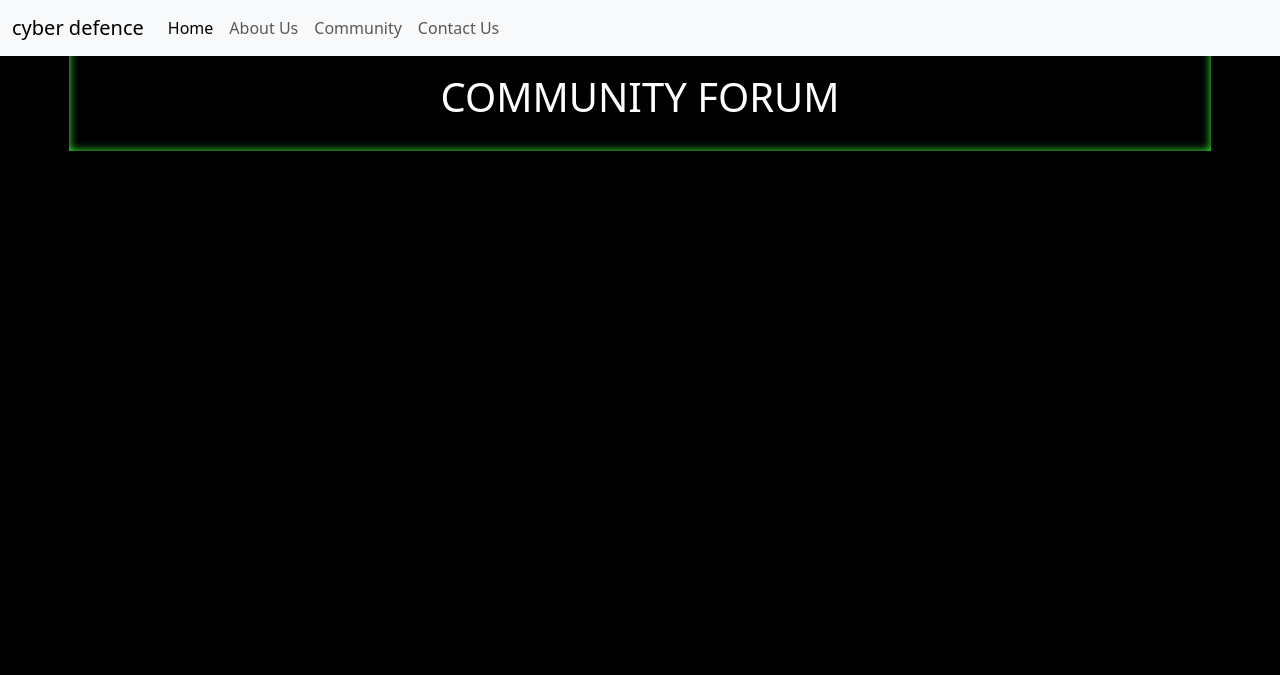
Repository: newworldhost/nwh
Page: community.html
An editor plug-in stored every save of this project. The page is shown before and after a run of saves, followed by the edit.
The browser window is 1280 px wide. The pictures show the whole page.

Above is the page before, as saved 2025-03-05 00:02:57.

After the next 3 saves:
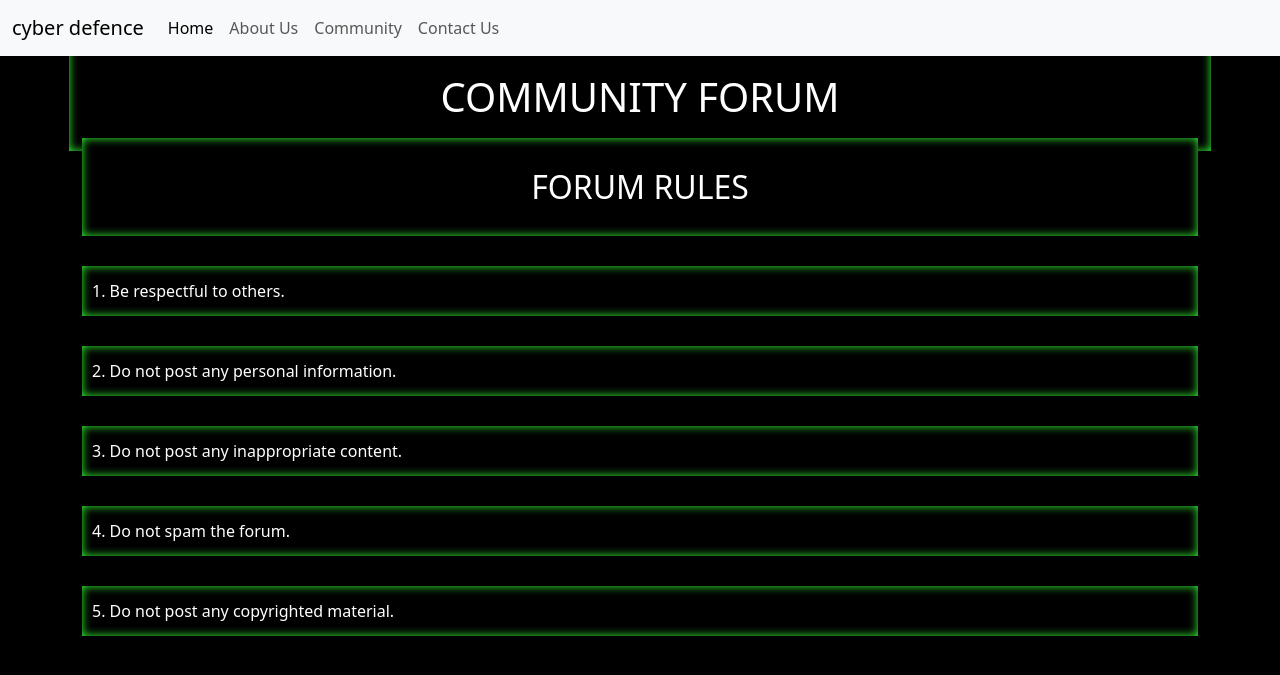
The 3 saves are shown as one change because they came seconds apart.
The last was saved 12 s later.
--- a/community.html
+++ b/community.html
@@ -29,7 +29,14 @@
           </nav>
    <main class="container">
     <h1>Community Forum</h1>
-    <div id="
+    <div id="forum">
+        <h2>Forum Rules</h2>
+        <p>1. Be respectful to others.</p>
+        <p>2. Do not post any personal information.</p>
+        <p>3. Do not post any inappropriate content.</p>
+        <p>4. Do not spam the forum.</p>
+        <p>5. Do not post any copyrighted material.</p>
+    </div>
    </main>
 
     </header>
